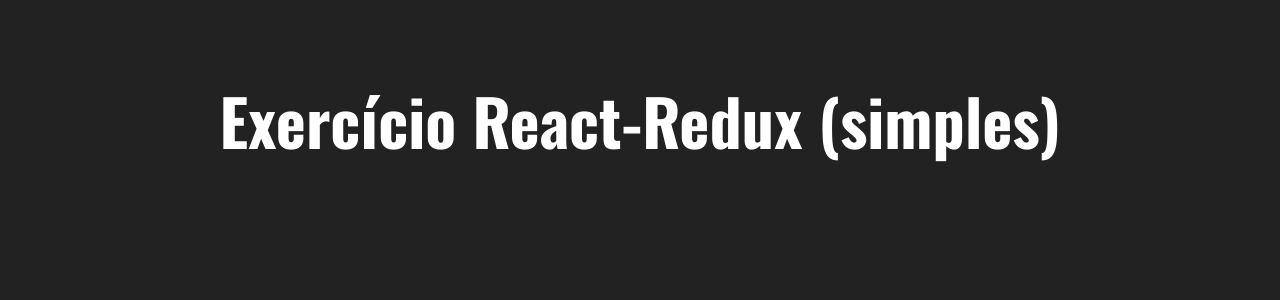
Repository: WellysonP/testando-react-redux
Page: /
The author's editor kept a copy of each file at every save. The page is drawn from the files as they stood at one save, then again after the next save.
The browser window is 1280 px wide. The pictures show the whole page.
The project was rebuilt for these pictures with package versions that can differ from the ones it lists, and the page was loaded fresh each time. Also part of the build but not shown: src/components/Card.css.

Above is the page before, as saved 2023-01-12 16:14:37.

### public/index.html
<!DOCTYPE html>
<html lang="en">
  <head>
    <link rel="preconnect" href="https://fonts.googleapis.com">
<link rel="preconnect" href="https://fonts.gstatic.com" crossorigin>
<link href="https://fonts.googleapis.com/css2?family=Oswald:wght@200;300;400;500;600;700&display=swap" rel="stylesheet">
    <meta charset="utf-8" />
    <link rel="icon" href="%PUBLIC_URL%/favicon.ico" />
    <meta name="viewport" content="width=device-width, initial-scale=1" />
    <meta name="theme-color" content="#000000" />
    <meta
      name="description"
      content="Web site created using create-react-app"
    />
    <link rel="apple-touch-icon" href="%PUBLIC_URL%/logo192.png" />
    <!--
      manifest.json provides metadata used when your web app is installed on a
      user's mobile device or desktop. See https://developers.google.com/web/fundamentals/web-app-manifest/
    -->
    <link rel="manifest" href="%PUBLIC_URL%/manifest.json" />
    <!--
      Notice the use of %PUBLIC_URL% in the tags above.
      It will be replaced with the URL of the `public` folder during the build.
      Only files inside the `public` folder can be referenced from the HTML.

      Unlike "/favicon.ico" or "favicon.ico", "%PUBLIC_URL%/favicon.ico" will
      work correctly both with client-side routing and a non-root public URL.
      Learn how to configure a non-root public URL by running `npm run build`.
    -->
    <title>React App</title>
  </head>
  <body>
    <noscript>You need to enable JavaScript to run this app.</noscript>
    <div id="root"></div>
    <!--
      This HTML file is a template.
      If you open it directly in the browser, you will see an empty page.

      You can add webfonts, meta tags, or analytics to this file.
      The build step will place the bundled scripts into the <body> tag.

      To begin the development, run `npm start` or `yarn start`.
      To create a production bundle, use `npm run build` or `yarn build`.
    -->
  </body>
</html>

### src/index.css
body{
  background-color: #222;
  font-size: 2rem;
  font-family: Oswald;
  color: #fff;
  margin: 30px;
}

### src/App.js
import logo from './logo.svg';
import './App.css';
import Card from './components/Card';

function App() {
  return (
    <div className="App">
      <Card/>
    </div>
  );
}

export default App;

### src/App.css
.App{
  display: flex;
  flex-direction: column;
  text-align: center;
}

### src/components/Card.jsx
import "./Card.css"

export default props => {
    return (
        <h1>Exercício React-Redux (simples)</h1>
    )
}

Loaded but not shown: src/index.js (common file); src/reportWebVitals.js (common file)

After the next save:
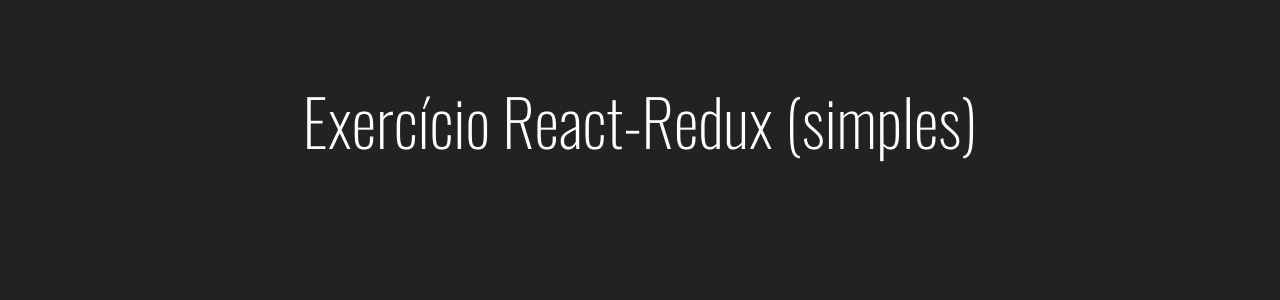
Saved 23 s later.
--- a/src/App.css
+++ b/src/App.css
@@ -3,3 +3,7 @@
   flex-direction: column;
   text-align: center;
 }
+
+h1{
+  font-weight: 200;
+}
